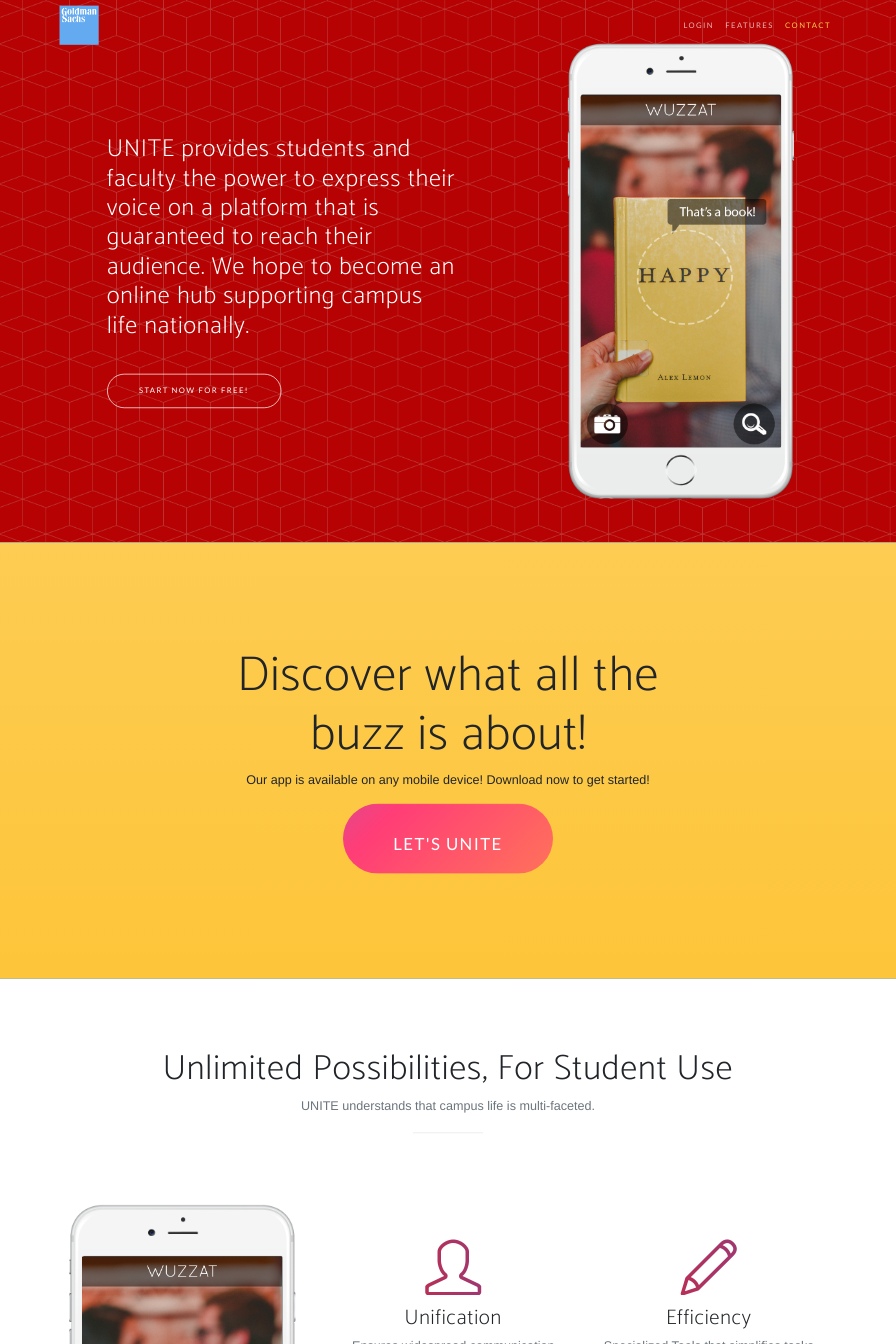
Repository: arkomz/VANK-HomePage-master
Page: static_website/vankIndex.html
The author's editor kept a copy of each file at every save. The page is drawn from the files as they stood at one save, then again after the next save.
The browser window is 1280 px wide. The pictures show the part of the page from y = 0 to 1920 px (the page is 3697 px tall before and 3769 px after), at 70% of full size.
Some web fonts or font styles are not loaded; a fallback is used.

Above is the page before, as saved 2019-04-13 01:40:48.

After the next save:
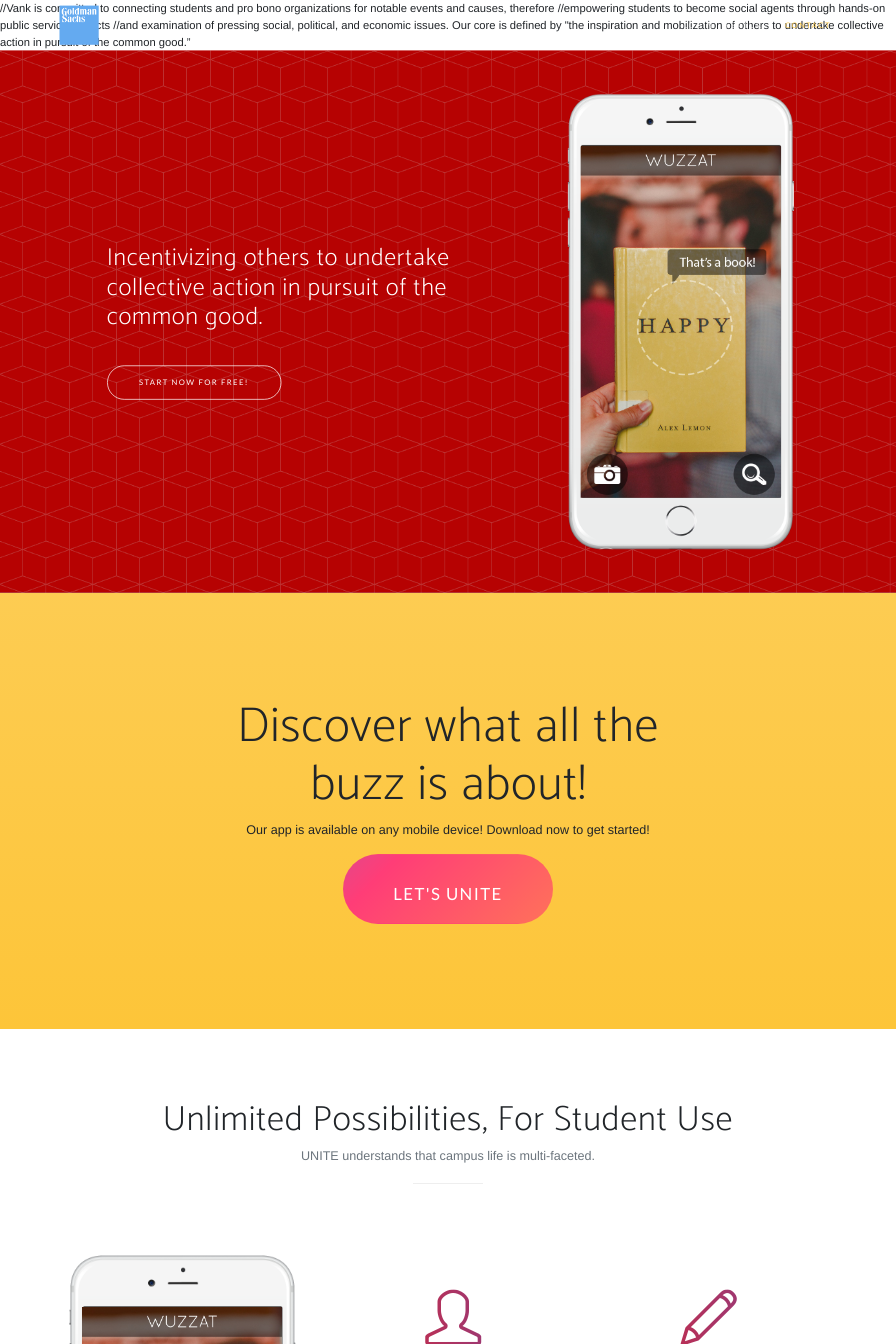
Saved 5 min 30 s later.
--- a/static_website/vankIndex.html
+++ b/static_website/vankIndex.html
@@ -57,15 +57,17 @@
       </div>
     </div>
   </nav>
-
+//Vank is committed to connecting students and pro bono organizations for notable events and causes, therefore
+//empowering students to become social agents through hands-on public service projects
+//and examination of pressing social, political, and economic issues. Our core is defined by "the inspiration
+and mobilization of others to undertake collective action in pursuit of the common good.”
   <header class="masthead">
     <div class="container h-100">
       <div class="row h-100">
         <div class="col-lg-7 my-auto">
           <div class="header-content mx-auto">
-            <h1 style="font-size: 35px;" class="mb-5"> UNITE provides students and faculty the power to express their
-              voice on a platform that is guaranteed to reach their audience. We hope to become an online hub
-              supporting campus life nationally. </h1>
+            <h1 style="font-size: 35px;" class="mb-5"> Incentivizing
+               others to undertake collective action in pursuit of the common good. </h1>
             <a href="#download" class="btn btn-outline btn-xl js-scroll-trigger">Start Now for Free!</a>
           </div>
         </div>
